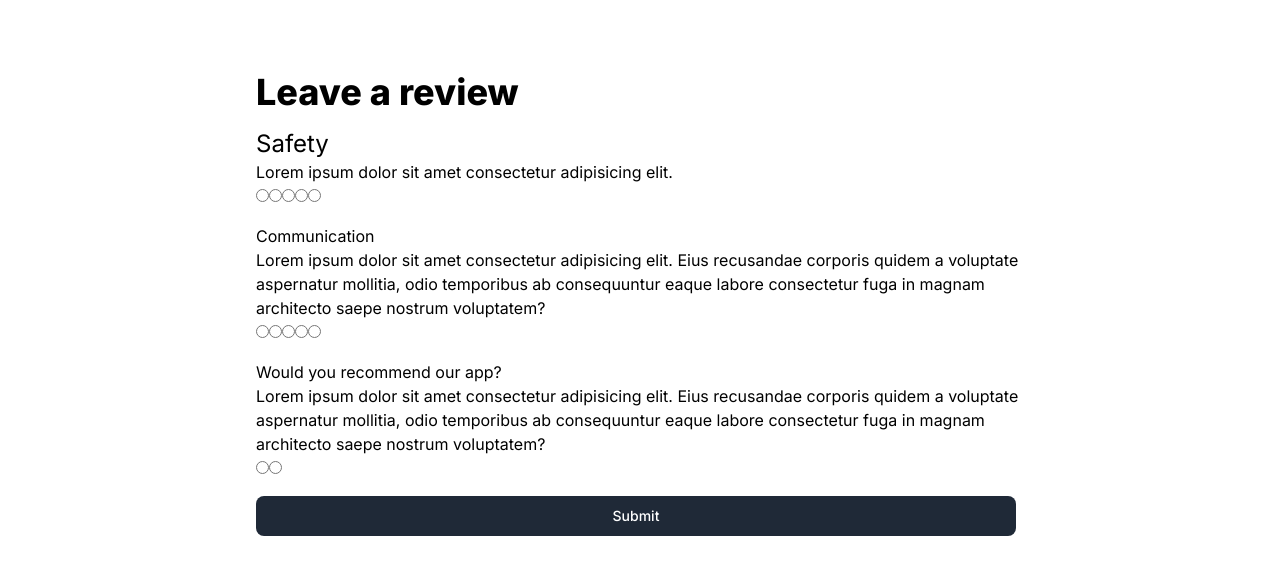
Repository: akankshaajoshi/review-form
Page: /review
These files come from the project's save history. The page is drawn as it stood at one moment and after the next save; the edit follows.
The browser window is 1280 px wide. The pictures show the whole page.
The project was rebuilt for these pictures with package versions that can differ from the ones it lists, and the page was loaded fresh each time. The framework's server and built-in components were replaced by stand-ins that run in the browser. Also part of the build but not shown: next.config.mjs.

Above is the page before, as saved 2024-05-25 12:34:00.

### app/(routes)/review/page.tsx
'use client'
import { useFormState, useFormStatus } from "react-dom";
import {createReview} from "@/app/actions"

const initialState = {
    message: null,
}

function SubmitButton(){
    const {pending} = useFormStatus();
    return (
        <button type="submit" className="text-white bg-gray-800 hover:bg-gray-900 focus:outline-none focus:ring-4 focus:ring-gray-300 font-medium rounded-lg text-sm px-5 py-2.5 me-2 mb-2 dark:bg-gray-800 dark:hover:bg-gray-700 dark:focus:ring-gray-700 dark:border-gray-700" aria-disabled={pending}>
            Submit
        </button>
    )
}

export default function Review(){
    const ratings = [1, 2, 3, 4, 5];
    const [state, formAction] = useFormState(createReview, initialState);
    return (
        <div className="flex flex-col items-center w-[100vw] h-[100vh]">
            <div className="flex flex-col gap-y-4 items-left mt-[10vh] h-[80vh] w-[60vw]">
            <h2 className="text-4xl font-extrabold">Leave a review</h2>
            {state?.message}
            <form action={formAction} className="flex flex-col gap-y-4">
                <fieldset>
                    <label htmlFor="safety" className="text-2xl">Safety</label>
                    <p>Lorem ipsum dolor sit amet consectetur adipisicing elit. </p>
                    {ratings.map((item, index) =>{
                        return (
                            <input key={index} type="radio" name="safety" id={item.toString()} value={item}/>
                        )
                    })}
                </fieldset>
                <fieldset>
                    <label htmlFor="communication">Communication</label>
                    <p>Lorem ipsum dolor sit amet consectetur adipisicing elit. Eius recusandae corporis quidem a voluptate aspernatur mollitia, odio temporibus ab consequuntur eaque labore consectetur fuga in magnam architecto saepe nostrum voluptatem?</p>
                    {ratings.map((item, index) =>{
                        return (
                            <input key={index} type="radio" name="communication" id={item.toString()} value={item}/>
                        )
                    })}
                </fieldset>
                <fieldset>
                    <label htmlFor="recommend">Would you recommend our app? </label>
                    <p>Lorem ipsum dolor sit amet consectetur adipisicing elit. Eius recusandae corporis quidem a voluptate aspernatur mollitia, odio temporibus ab consequuntur eaque labore consectetur fuga in magnam architecto saepe nostrum voluptatem?</p>
                    <input type="radio" name="recommend" id="true" value="true" />
                    <input type="radio" name="recommend" id="false" value="false"/>
                </fieldset>
                <SubmitButton/>
            </form>
            </div>
        </div>
    )
}

### app/actions.tsx
'use server'

import {revalidatePath} from "next/cache";
import {sql} from "@vercel/postgres"
import {z} from 'zod'
// CREATE TABLE reviews (
//     id SERIAL PRIMARY KEY,
//      safety INTEGER NOT NULL,
//     communication INTEGER NOT NULL,
//      recommend VARCHAR(5) NOT NULL );
export async function createReview(prevState: {message: string}, formData: FormData){

    const schema = z.object({
        safety: z.number(),
        communication: z.number(),
        recommend: z.string(),
    })
    const parse = schema.safeParse({
        safety: Number(formData.get('safety')),
        communication: Number(formData.get('communication')),
        recommend: formData.get('recommend'),
    })

    if (!parse.success) {
        console.log("incorrect parse")
        return { message: "Failed to create todo" };
      }

    const data = parse.data

    try{
        await sql`
        INSERT INTO reviews(safety, communication, recommend) VALUES (${data.safety}, ${data.communication}, ${data.recommend})
        `
        // revalidatePath('/reviews/' )
        return {message: `Added review successfully.`}
    }catch(err){
        console.log(err)
        return {message: `Failed to add review.`}
    }
}

Loaded but not shown: app/layout.tsx (common file); app/globals.css (common file); tailwind.config.ts (common file)

After the next save:
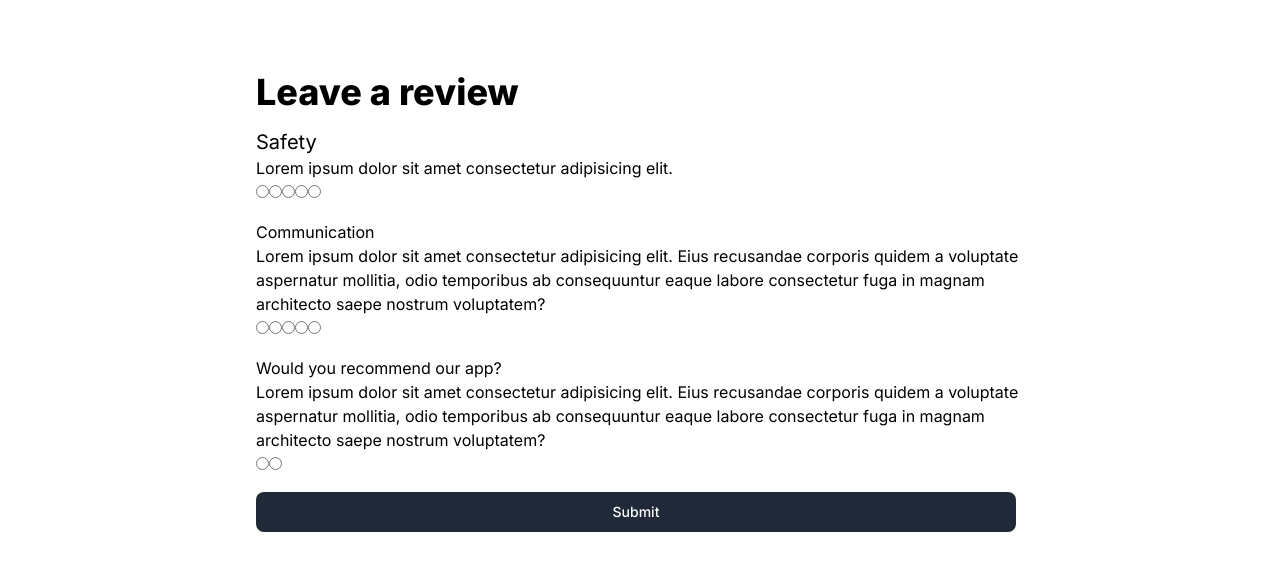
Saved 10 s later.
--- a/app/(routes)/review/page.tsx
+++ b/app/(routes)/review/page.tsx
@@ -25,7 +25,7 @@ export default function Review(){
             {state?.message}
             <form action={formAction} className="flex flex-col gap-y-4">
                 <fieldset>
-                    <label htmlFor="safety" className="text-2xl">Safety</label>
+                    <label htmlFor="safety" className="text-xl">Safety</label>
                     <p>Lorem ipsum dolor sit amet consectetur adipisicing elit. </p>
                     {ratings.map((item, index) =>{
                         return (
